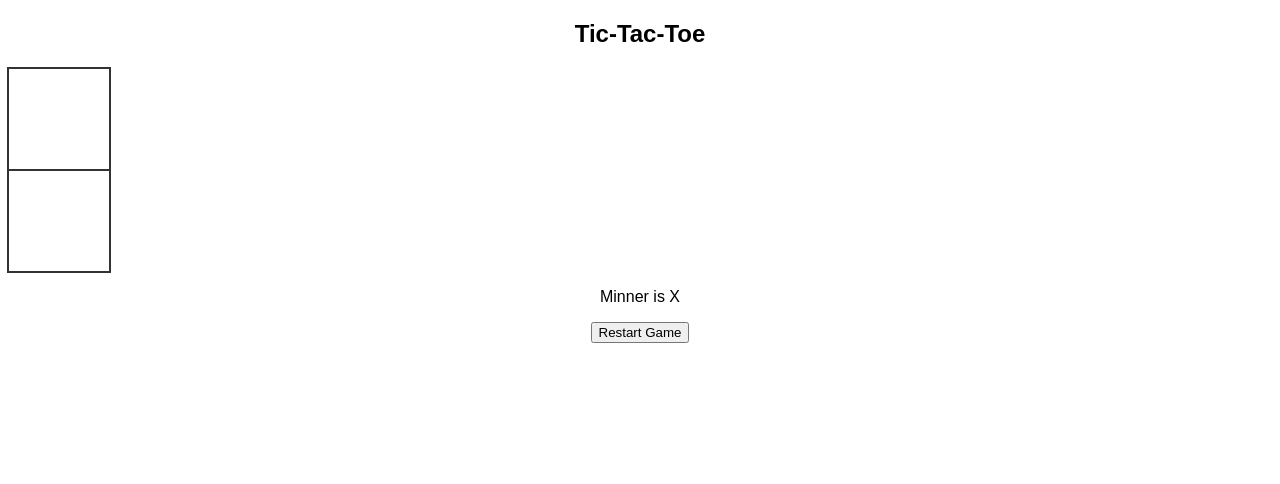
Repository: sedashahnazaryan/tic-tac-too
Page: index.html
An editor plug-in stored every save of this project. The page is shown before and after a run of saves, followed by the edit.
The browser window is 1280 px wide. The pictures show the whole page.

Above is the page before, as saved 2022-01-31 17:41:32.

### index.html
<!DOCTYPE html>
<html lang="en">
<head>
    <meta charset="UTF-8">
    <meta http-equiv="X-UA-Compatible" content="IE=edge">
    <meta name="viewport" content="width=device-width, initial-scale=1.0">
    <link rel="stylesheet" href="./index.css">
<title><Tic-Tac-Toe></title>

</head>
<body>
    <section>
        <h1>Tic-Tac-Toe</h1>

    <div class="game-container">
        <div class="wrapper">
        <div class="ceil ceil-index-0"></div>
        <div class=" ceil ceil-index-1"></div>
        <div class="ceil-index-2"></div>
        <div class="ceil-index-3"></div>
        <div class="ceil-index-4"></div>
        <div class="ceil-index-5"></div>
     </div>
    </div>
    <p class="message">Minner is X</p>
    <button>Restart Game</button>
</section>
    <script src="index.js"></script>
</body>
</html>

### index.css
body {
    font-family: "Arial", sans-serif;
  }
section{
  text-align: center;

}
.game-contanier{
margin-top: 10px ;
display:grid;
grid-template-columns:repeat (3, auto);
width: 300px;
margin: 50px auto;
align-items: center;
justify-content: center;

}

    .ceil {
        font-family: "Permanent Marker", cursive;
        width: 100px;
        height: 100px;
        box-shadow: 0 0 0 1px #333333;
        border: 1px solid #333333;
        cursor: pointer;
        line-height: 100px;
        font-size: 60px;
      }

Loaded but not shown: index.js (no copy from this time; the picture is the same without it)

After the next 2 saves:
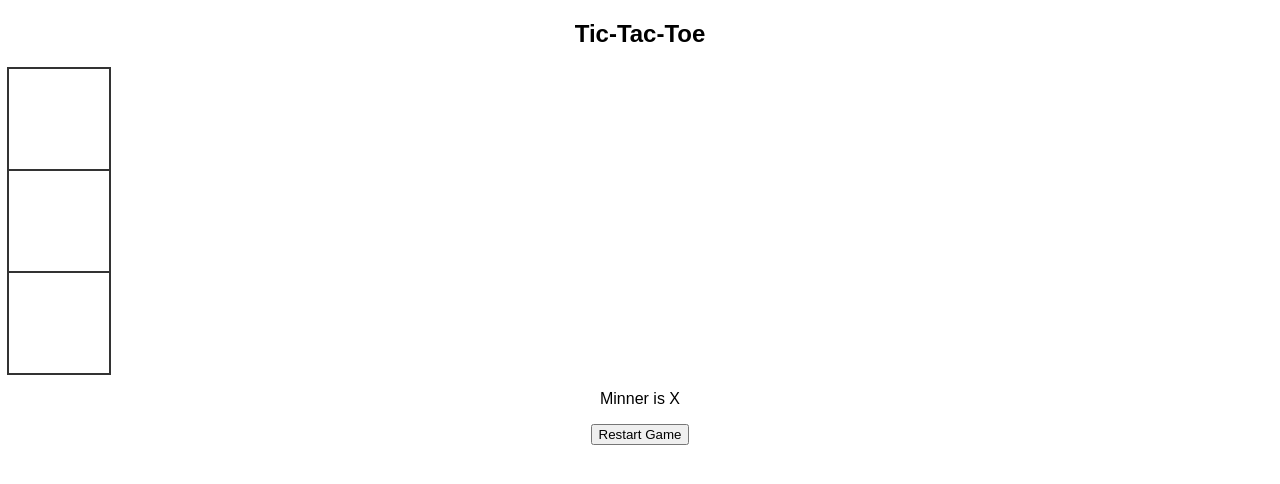
The 2 saves are shown as one change because they came seconds apart.
The last was saved 11 s later.
--- a/index.html
+++ b/index.html
@@ -16,7 +16,7 @@
         <div class="wrapper">
         <div class="ceil ceil-index-0"></div>
         <div class=" ceil ceil-index-1"></div>
-        <div class="ceil-index-2"></div>
+        <div class=" ceil ceil-index-2"></div>
         <div class="ceil-index-3"></div>
         <div class="ceil-index-4"></div>
         <div class="ceil-index-5"></div>
